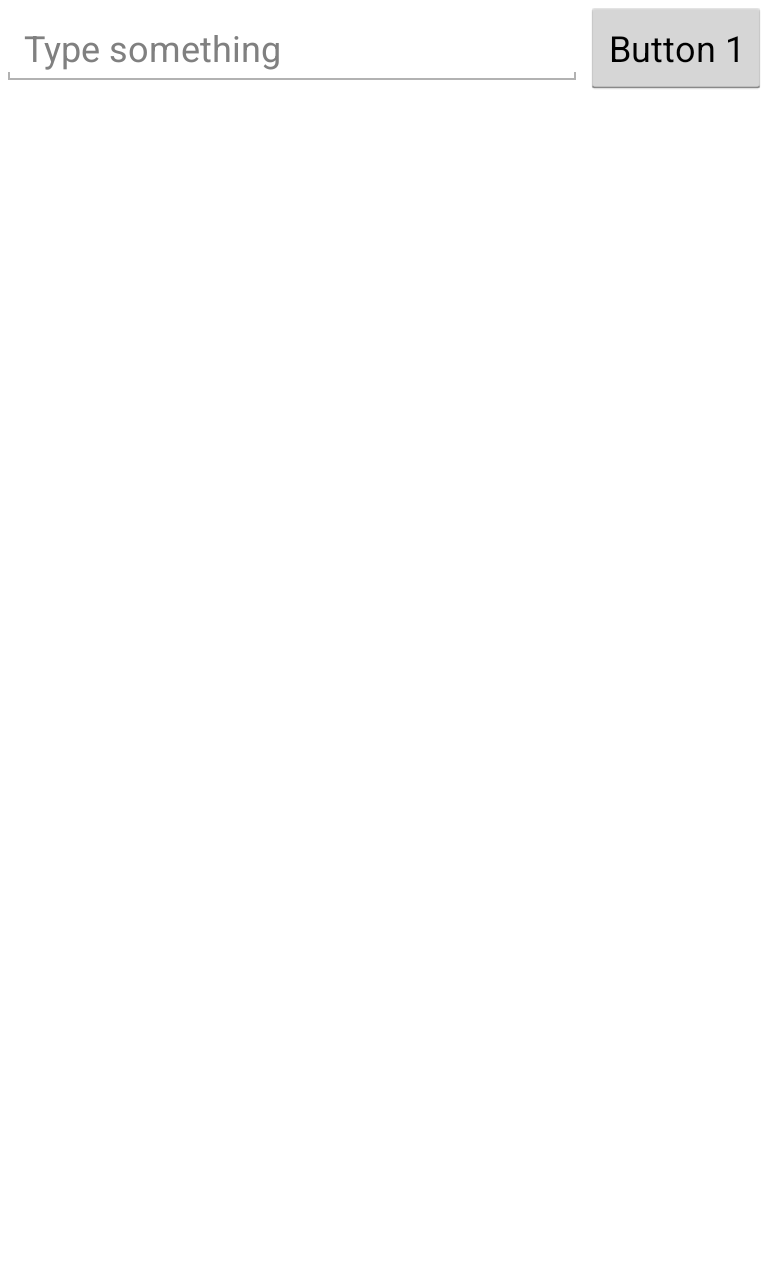
Repository: Wang-Xuan/Hello-World
Layout: UILayoutTest/res/layout/activity_main.xml
An editor plug-in stored every save of this project. The layout is shown before and after the next save, followed by the edit.
It is drawn on a 768 x 1280 px phone screen (xhdpi) without system bars, with theme AppTheme; the app's code is not run.

Above is the layout before, as saved 2014-12-07 05:48:17.

### UILayoutTest/res/layout/activity_main.xml
<LinearLayout xmlns:android="http://schemas.android.com/apk/res/android"
    xmlns:tools="http://schemas.android.com/tools"
    android:layout_width="match_parent"
    android:layout_height="match_parent"
	android:orientation="horizontal" >

    <EditText
        android:id="@+id/input_message"
        android:layout_width="0dp"
        android:layout_height="wrap_content"
        android:layout_weight="1"
        android:hint="Type something" />

	<Button
	    android:id="@+id/button1"
	    android:layout_width="wrap_content"
	    android:layout_height="wrap_content"
	    android:layout_gravity="top"
	    android:text="Button 1" />

</LinearLayout>

Loaded but not shown: UILayoutTest/res/values/styles.xml (common file); UILayoutTest/res/values-v11/styles.xml (common file); UILayoutTest/res/values-v14/styles.xml (common file)

After the next save:
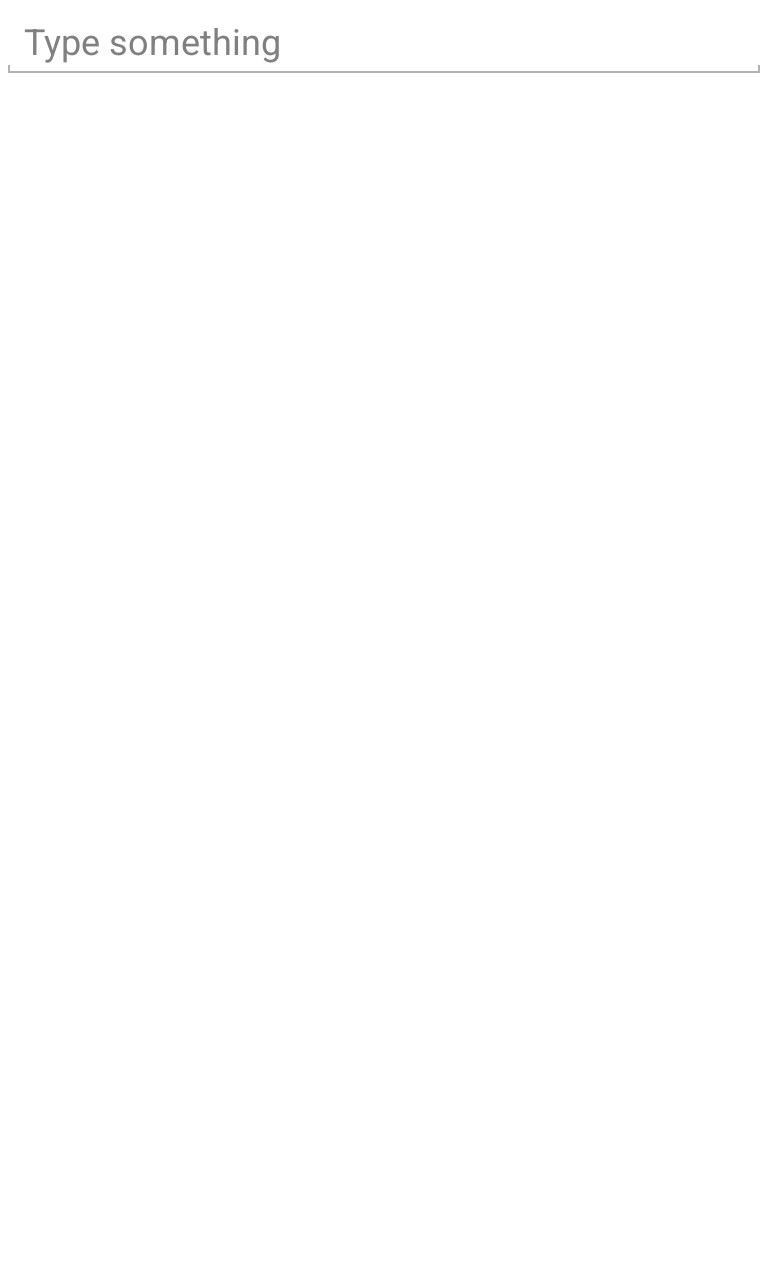
Saved 26 s later.
--- a/UILayoutTest/res/layout/activity_main.xml
+++ b/UILayoutTest/res/layout/activity_main.xml
@@ -12,8 +12,8 @@
         android:hint="Type something" />
 
 	<Button
-	    android:id="@+id/button1"
-	    android:layout_width="wrap_content"
+	    android:id="@+id/send"
+	    android:layout_width="0dp"
 	    android:layout_height="wrap_content"
 	    android:layout_gravity="top"
 	    android:text="Button 1" />
